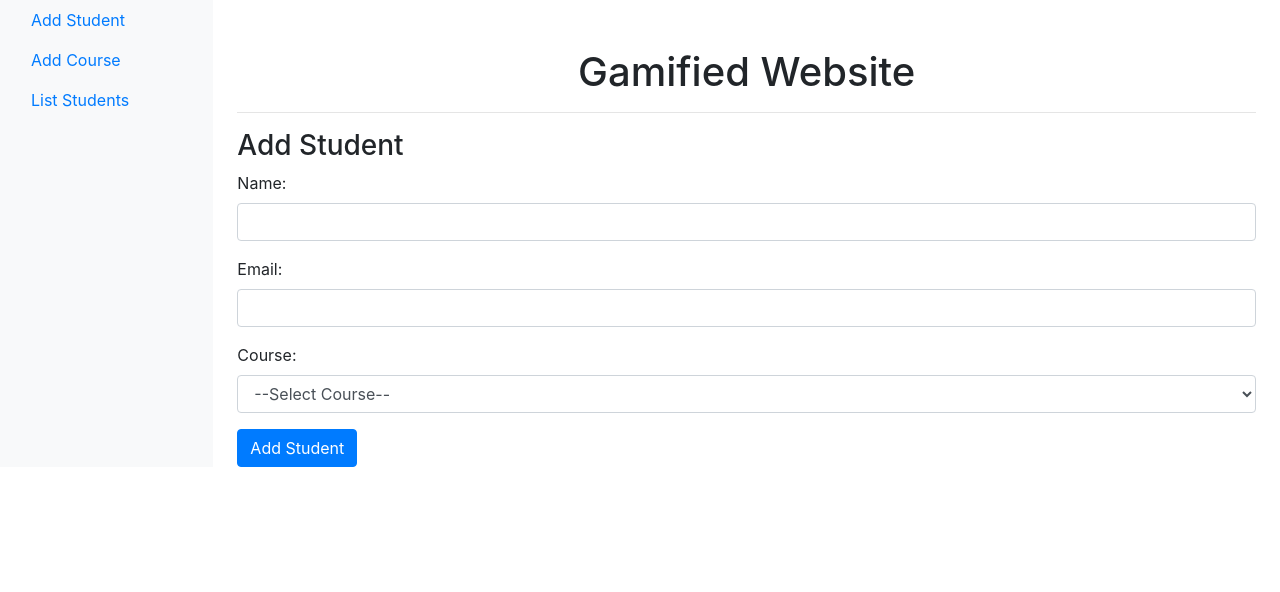
Repository: bigbodhiacademy/gBoard
Page: http://localhost/
These files come from the project's save history. The page is drawn as it stood at one moment and after the next save; the edit follows.
The browser window is 1280 px wide. The pictures show the whole page.
The page is run by PHP 8.4 with error messages shown; the project is at /var/www/html/. The database holds what the project's SQL file puts in it.

Above is the page before, as saved 2023-04-20 14:11:41.

### index.php
<!DOCTYPE html>
<html lang="en">
<head>
  <meta charset="UTF-8">
  <meta name="viewport" content="width=device-width, initial-scale=1.0">
  <title>Gamified Website</title>
  <!-- Add Bootstrap and other necessary files here -->
  <link rel="stylesheet" href="https://maxcdn.bootstrapcdn.com/bootstrap/4.5.2/css/bootstrap.min.css">
  <script src="https://ajax.googleapis.com/ajax/libs/jquery/3.5.1/jquery.min.js"></script>
  <script src="https://cdnjs.cloudflare.com/ajax/libs/popper.js/1.16.0/umd/popper.min.js"></script>
  <link rel="stylesheet" href="https://maxcdn.bootstrapcdn.com/bootstrap/4.5.2/css/bootstrap.min.css">
</head>
<body>
  <div class="container-fluid">
    <div class="row">
      <!-- Side Navbar -->
      <nav class="col-md-2 d-none d-md-block bg-light sidebar">
        <div class="sidebar-sticky">
          <ul class="nav flex-column">
            <li class="nav-item">
              <a class="nav-link" href="index.php">Add Student</a>
            </li>
            <li class="nav-item">
              <a class="nav-link" href="add_course.php">Add Course</a>
            </li>
            <li class="nav-item">
              <a class="nav-link" href="list_students.php">List Students</a>
            </li>
          </ul>
        </div>
      </nav>

      <!-- Main Content -->
      <main role="main" class="col-md-9 ml-sm-auto col-lg-10 px-4">
        <h1 class="text-center mt-5">Gamified Website</h1>
        <hr>

        <!-- Add student form -->
        <h3>Add Student</h3>
        <form method="POST" action="functions.php">
          <input type="hidden" name="action" value="add_student">
          <div class="form-group">
            <label for="name">Name:</label>
            <input type="text" class="form-control" id="name" name="name" required>
          </div>
          <div class="form-group">
            <label for="email">Email:</label>
            <input type="email" class="form-control" id="email" name="email" required>
          </div>
          <div class="form-group">
            <label for="course_id">Course:</label>
            <select class="form-control" id="course_id" name="course_id" required>
              <option value="">--Select Course--</option>
              <?php
              include 'functions.php';
              $courses = getCourses();
              foreach ($courses as $course) {
                echo "<option value='" . $course['id'] . "'>" . $course['name'] . "</option>";
              }
              ?>
            </select>
          </div>
          <button type="submit" class="btn btn-primary">Add Student</button>
        </form>
      </main>
    </div>
  </div>
</body>
</html>

### functions.php
<?php
include 'db_connection.php';

function getConnection() {
  $servername = "localhost";
  $username = "root";
  $password = "";
  $dbname = "leaderboard4";

  // Create connection
  $conn = new mysqli($servername, $username, $password, $dbname);

  // Check connection
  if ($conn->connect_error) {
      die("Connection failed: " . $conn->connect_error);
  }

  return $conn;
}

if ($_SERVER['REQUEST_METHOD'] == 'POST') {


  if (isset($_POST['action'])) {
      $action = $_POST['action'];
        // Debugging form submission
if ($action == 'add_student') {
  error_log('Form submitted with name: ' . $_POST['name'] . ', email: ' . $_POST['email'] . ', course_id: ' . $_POST['course_id']);
}

      if ($action == 'add_student') {
          $name = $_POST['name'];
          $email = $_POST['email'];
          $course_id = $_POST['course_id'];
          echo "post student";
          addStudent($name, $email, $course_id);
          //header('Location: index.php?message=Student+Added');
          //exit();
      } elseif ($action == 'add_course') {
          $course_name = $_POST['course_name'];
          $course_description = $_POST['course_description'];
          addCourse($course_name, $course_description);
          header('Location: add_course.php?message=Course+Added');
          exit();
      }
  }
}


function addCourse($course_name, $course_description) {
  $conn = getConnection();
  $date_added = date('Y-m-d');
  $sql = "INSERT INTO courses (name, description, date_added) VALUES (?, ?, ?)";

  $stmt = $conn->prepare($sql);
  $stmt->bind_param("sss", $course_name, $course_description, $date_added);
  $stmt->execute();
  $stmt->close();
  $conn->close();
}

function getStudentsWithCourseName() {
  $students = array();
  $conn = getConnection();

  $sql = "SELECT students.id, students.name, students.email, courses.name as course_name
          FROM students
          INNER JOIN courses ON students.course_id = courses.id";

  $result = $conn->query($sql);

  if ($result->num_rows > 0) {
      while ($row = $result->fetch_assoc()) {
          $students[] = $row;
      }
  }
  $conn->close();

  return $students;
}

function addStudent($name, $email, $course_id) {
  $conn = getConnection();
  echo "addStudent";
  $stmt = $conn->prepare("INSERT INTO students (name, email, course_id) VALUES (?, ?, ?)");
  $stmt->bind_param("ssi", $name, $email, $course_id);
  $stmt->execute();
  $stmt->close();
  $conn->close();
}

function editStudent($id, $name, $email, $course_id) {
  global $conn;

  $stmt = $conn->prepare("UPDATE students SET name = ?, email = ?, course_id = ? WHERE id = ?");
  $stmt->bind_param("ssii", $name, $email, $course_id, $id);

  return $stmt->execute();
}

function deleteStudent($id) {
  global $conn;

  $stmt = $conn->prepare("DELETE FROM students WHERE id = ?");
  $stmt->bind_param("i", $id);

  return $stmt->execute();
}


function getStudents() {
  global $conn;

  $result = $conn->query("SELECT * FROM students");
  return $result->fetch_all(MYSQLI_ASSOC);
}

function getCourses() {
  global $conn;

  $result = $conn->query("SELECT * FROM courses");
  return $result->fetch_all(MYSQLI_ASSOC);
}




?>

### db_connection.php
<?php
$servername = "localhost"; // Replace with your MySQL server address if it's not "localhost"
$username = "root"; // Replace with your MySQL username
$password = ""; // Replace with your MySQL password
$dbname = "leaderboard4";

// Create connection
$conn = new mysqli($servername, $username, $password, $dbname);

// Check connection
if ($conn->connect_error) {
  die("Connection failed: " . $conn->connect_error);
}
?>

### leaderboard4.sql (the tables this page reads)
CREATE TABLE `courses` (
  `id` int(11) NOT NULL,
  `name` varchar(255) NOT NULL,
  `description` text NOT NULL,
  `date_added` date NOT NULL
) ENGINE=InnoDB DEFAULT CHARSET=utf8mb4;

INSERT INTO `courses` (`id`, `name`, `description`, `date_added`) VALUES
(1, 'Python 1', 'Core Python ', '2023-04-20'),
(2, 'IoT', 'Internet', '2023-04-20'),
(3, 'IoT 2', 'Internet', '2023-04-20');

ALTER TABLE `courses`
  ADD PRIMARY KEY (`id`);

ALTER TABLE `courses`
  MODIFY `id` int(11) NOT NULL AUTO_INCREMENT, AUTO_INCREMENT=4;

After the next save:
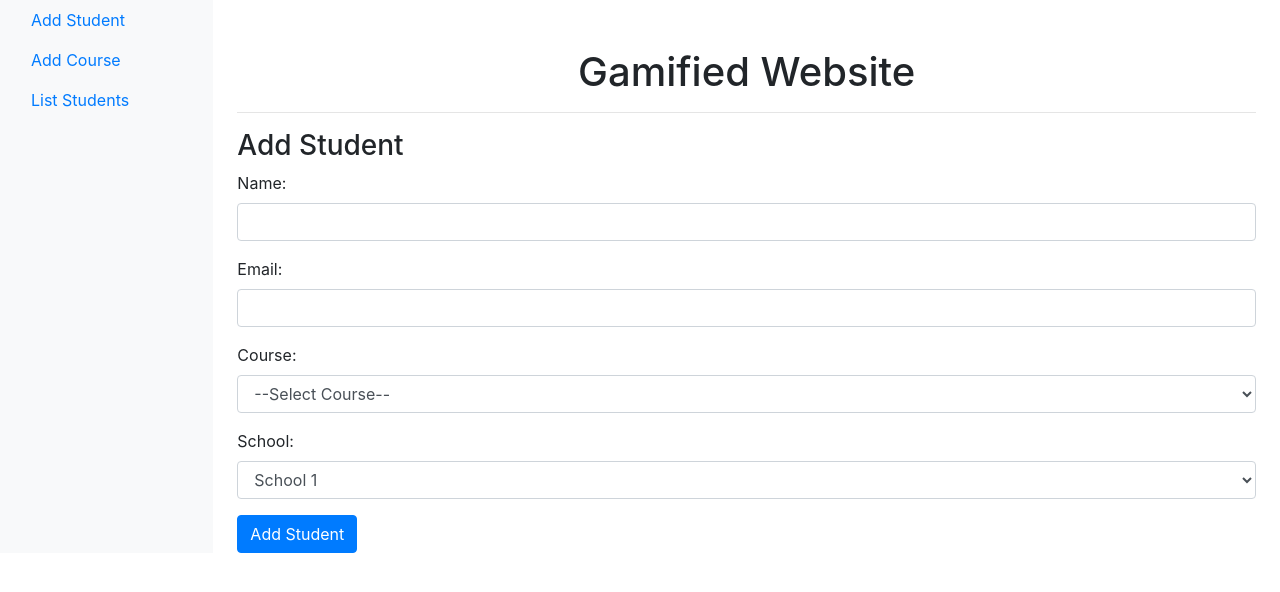
Saved 2 min 29 s later.
--- a/index.php
+++ b/index.php
@@ -60,6 +60,16 @@
               ?>
             </select>
           </div>
+          <div class="form-group">
+            <label for="school_id">School:</label>
+            <select class="form-control" name="school_id" id="school_id" required>
+                <!-- Replace the options below with the actual schools from your database -->
+                <option value="1">School 1</option>
+                <option value="2">School 2</option>
+                <option value="3">School 3</option>
+            </select>
+        </div>
+
           <button type="submit" class="btn btn-primary">Add Student</button>
         </form>
       </main>
